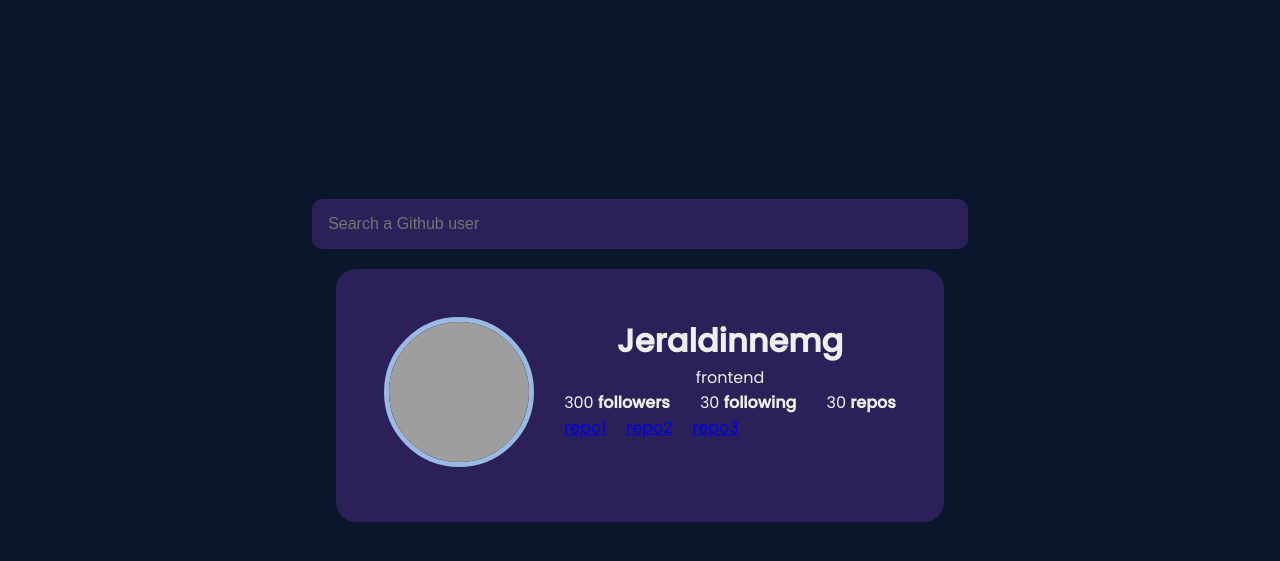
Repository: jeraldinnemg/githubprofile
Page: index.html
The author's editor kept a copy of each file at every save. The page is drawn from the files as they stood at one save, then again after the next save.
The browser window is 1280 px wide. The pictures show the whole page.
Pictures or frames that could not be fetched are drawn as grey boxes.

Above is the page before, as saved 2022-09-16 23:33:52.

After the next save:
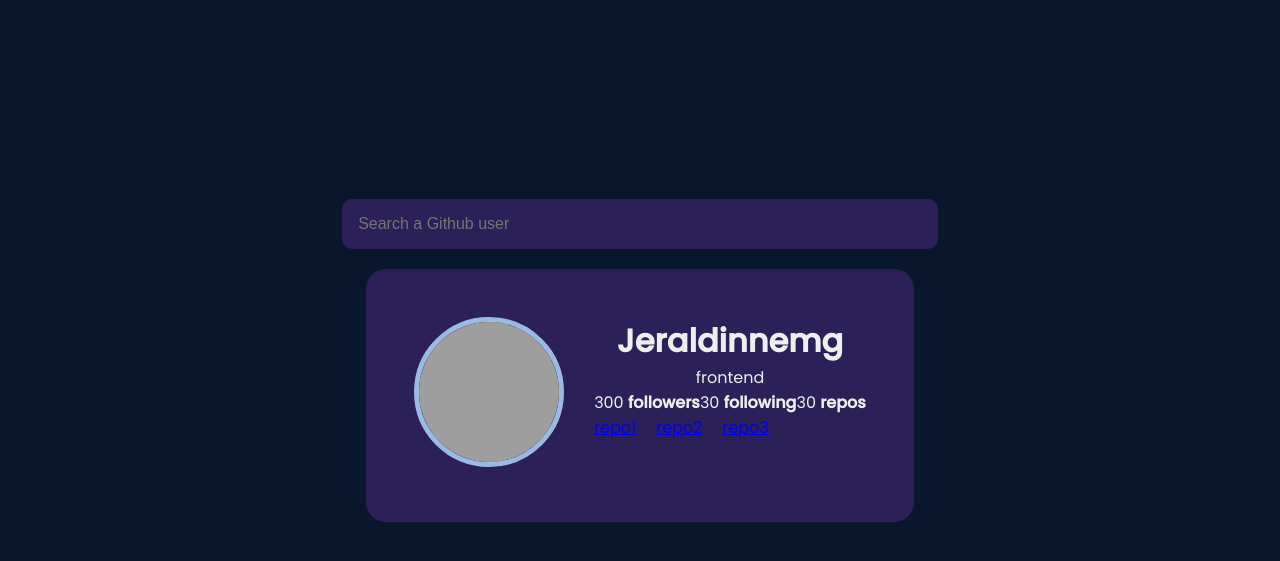
Saved 11 min 33 s later.
--- a/style.css
+++ b/style.css
@@ -86,11 +86,10 @@ img {
 }
 
 .profile-content ul{
-    list-style: none;
+    list-style-type: none;
     display: flex;
     justify-content: space-between;
     padding: 0;
-    gap:30px;
     max-width: 400px;
 }
 
@@ -98,3 +97,7 @@ img {
     display: flex;
     gap:20px
 }
+
+.user-repos a {
+    ;
+}
